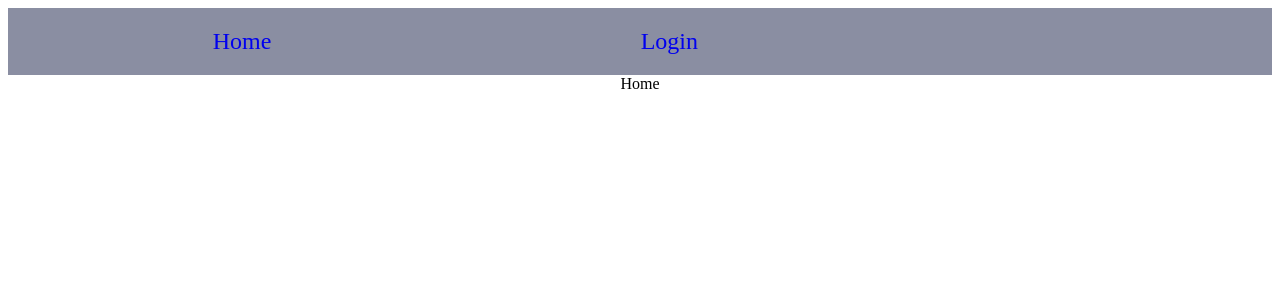
Repository: albinsabu2023/postapp
Page: /
The author's editor kept a copy of each file at every save. The page is drawn from the files as they stood at one save, then again after the next save.
The browser window is 1280 px wide. The pictures show the whole page.
The project was rebuilt for these pictures with package versions that can differ from the ones it lists, and the page was loaded fresh each time. Also part of the build but not shown: src/Components/Login.tsx.

Above is the page before, as saved 2024-02-05 00:29:06.

### src/App.tsx
import  {BrowserRouter as Router,Routes,Route} from "react-router-dom"
import './App.css';
import Home from "./Components/Home";
import Login from "./Components/Login";
import Navbar from "./Components/Navbar";


function App() {
  return (
    <div className="App">
      <Router>
         <Navbar/>
        <Routes>
          <Route path ="/" element={<Home/>}/>
          <Route path="/login" element={<Login/>}/>
        </Routes>
      </Router>
    </div>
  );
}

export default App;

### src/Components/Navbar.tsx
import React from 'react'
import { Link } from 'react-router-dom'
import  "./Navbar.css"
import {auth } from  "../config/firebase"
function Navbar() {
  return (
    <div className="navContainer">
        <Link to ="/">Home</Link>
        <Link to ="Login">Login</Link>
        <div>
            <p>{auth?.currentUser?.displayName}</p>
            <image src={auth?.currentUser?.photoURL|| "" } width={1}/>
        </div>


    </div>
  )
}

export default Navbar

### src/config/firebase.ts
// Import the functions you need from the SDKs you need
import { initializeApp } from "firebase/app";
import {getAuth,GoogleAuthProvider} from "firebase/auth"
// Your web app's Firebase configuration
const firebaseConfig = {
  apiKey: "AIzaSyAXzQPkCsYKttYouVkFv4r2aLbj-85i5zE",
  authDomain: "react-course-dd6fc.firebaseapp.com",
  projectId: "react-course-dd6fc",
  storageBucket: "react-course-dd6fc.appspot.com",
  messagingSenderId: "692642929267",
  appId: "1:692642929267:web:22ba5d27ba69920755e806"
};
// Initialize Firebase
const app = initializeApp(firebaseConfig);
export const auth=getAuth(app);
export const provider = new GoogleAuthProvider();

### src/Components/Navbar.css
.navContainer{
    display: flex;
    align-items: center;
    justify-content: space-around;
    background-color: rgb(138, 142, 162);
    padding: 20px;



}
.navContainer :link{
    text-decoration:none;
    text-decoration-color: rgb(128, 127, 127);
    font-size: x-large;

}

Loaded but not shown: public/index.html (common file); src/index.tsx (common file); src/App.css (common file); src/Components/Home.tsx (common file)

After the next save:
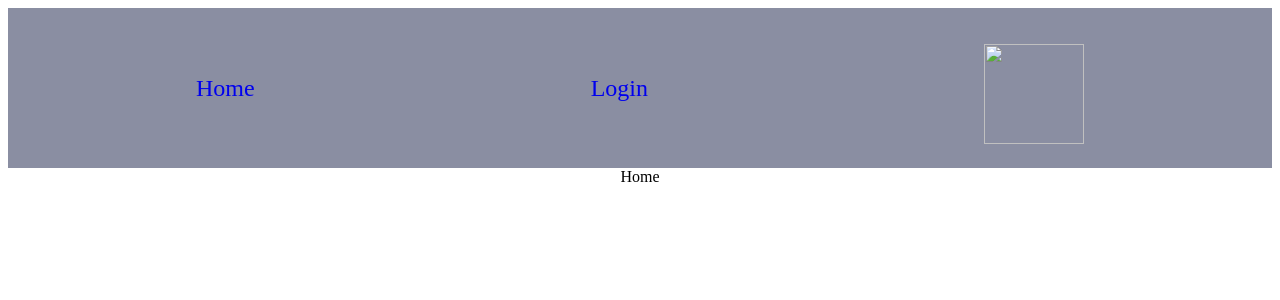
Saved 30 s later.
--- a/src/Components/Navbar.tsx
+++ b/src/Components/Navbar.tsx
@@ -9,7 +9,8 @@ function Navbar() {
         <Link to ="Login">Login</Link>
         <div>
             <p>{auth?.currentUser?.displayName}</p>
-            <image src={auth?.currentUser?.photoURL|| "" } width={1}/>
+            <img src={auth?.currentUser?.photoURL|| "" } width="100" height="100s"
+            />
         </div>
 
 
